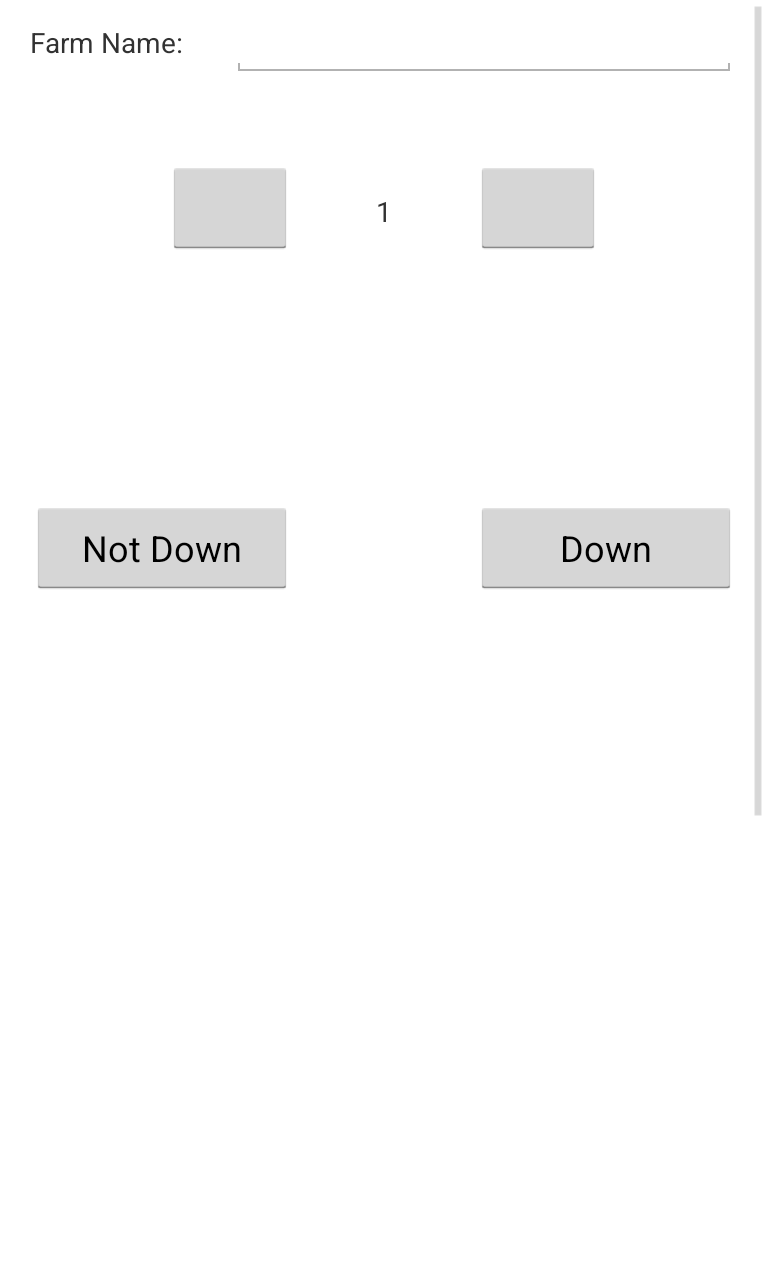
Repository: cokembel/FarmHand
Layout: FarmHand/res/layout/activity_main.xml
The author's editor kept a copy of each file at every save. The layout is drawn from the files as they stood at one save, then again after the next save.
It is drawn on a 768 x 1280 px phone screen (xhdpi) without system bars, with theme AppTheme; the app's code is not run.

Above is the layout before, as saved 2012-12-05 10:53:21.

After the next save:
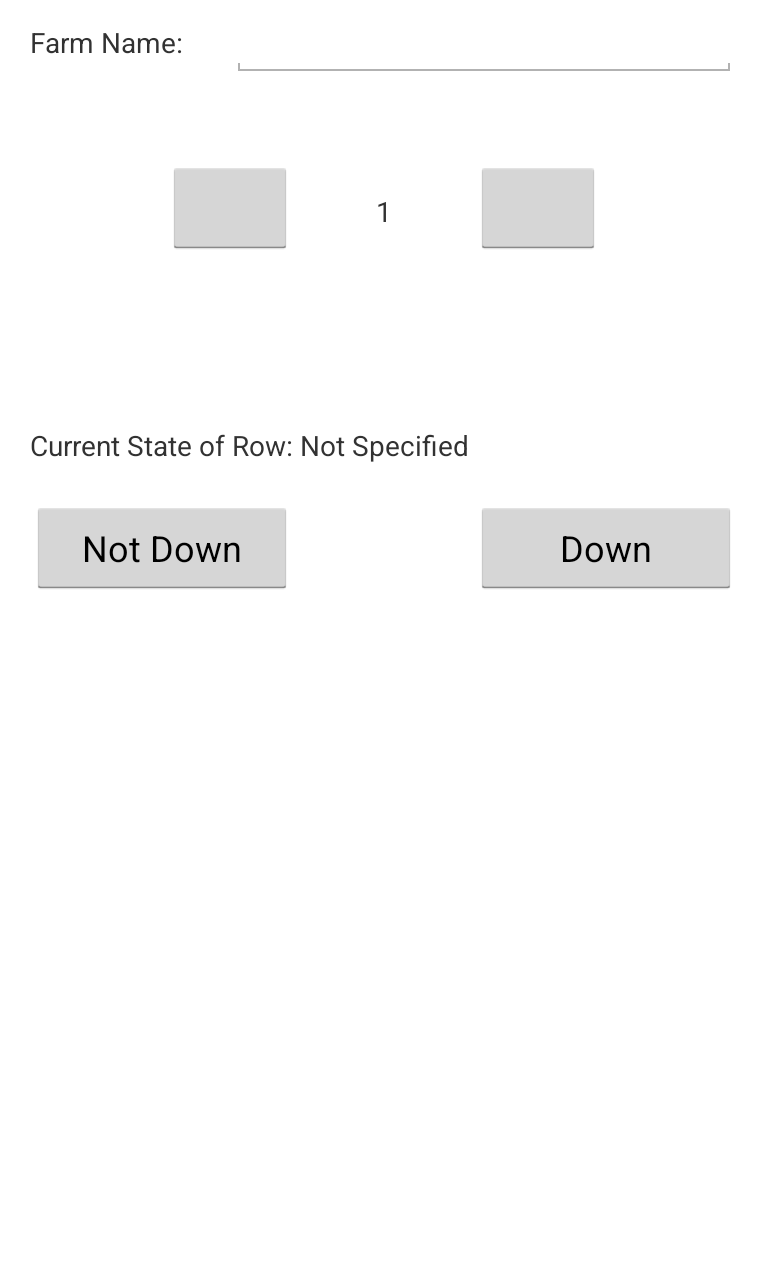
Saved 7 s later.
--- a/FarmHand/res/layout/activity_main.xml
+++ b/FarmHand/res/layout/activity_main.xml
@@ -86,7 +86,7 @@
                 android:layout_height="wrap_content"
                 android:layout_alignLeft="@+id/farm_label"
                 android:layout_below="@+id/prev_row_button"
-                android:layout_marginTop="850dp"
+                android:layout_marginTop="85dp"
                 android:text="@string/status"/>
 
         </RelativeLayout>
